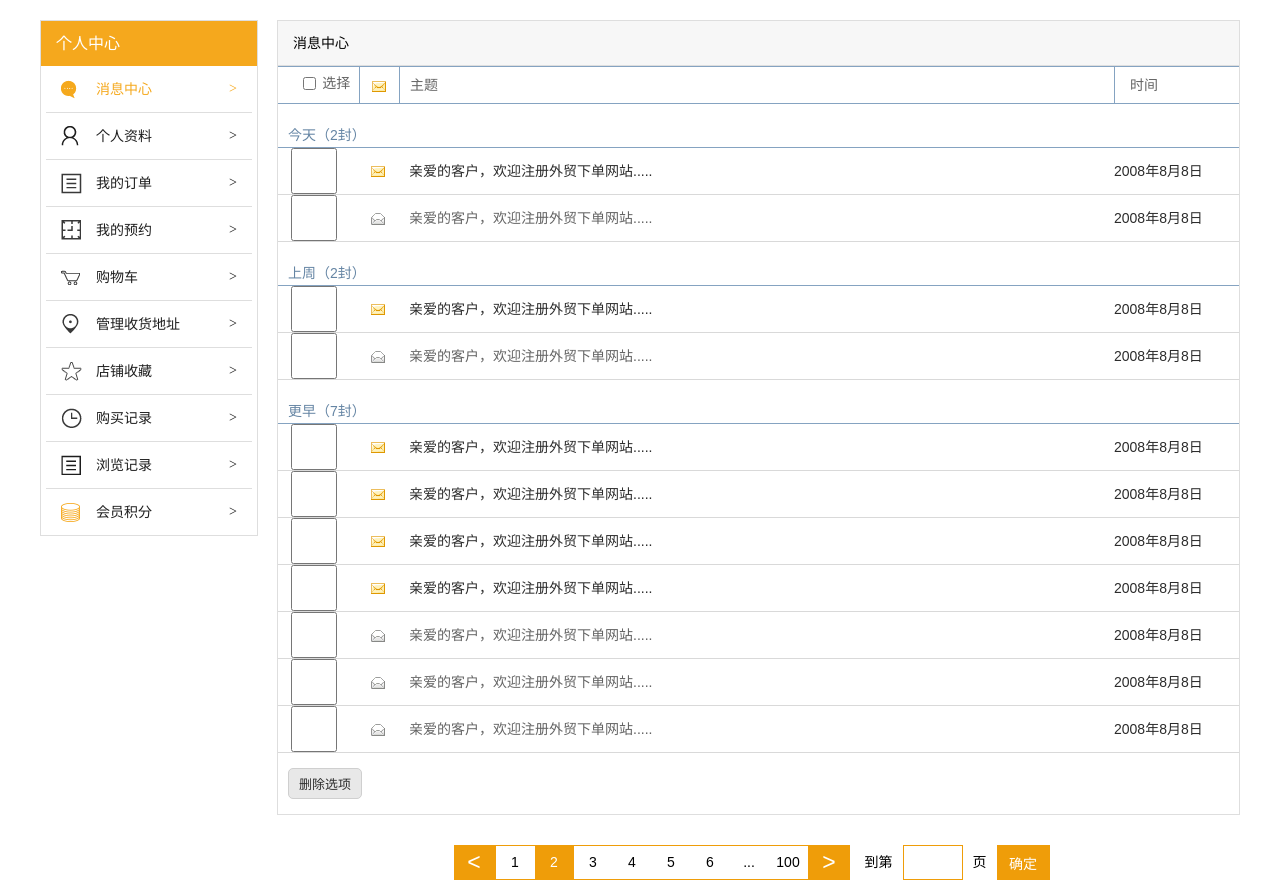
Repository: hucongting/MobliePhoneMall
Page: HelloMall/src/main/webapp/home/my_message.html
These files come from the project's save history. The page is drawn as it stood at one moment and after the next save; the edit follows.
The browser window is 1280 px wide. The pictures show the whole page.

Above is the page before, as saved 2018-09-01 06:16:04.

After the next save:
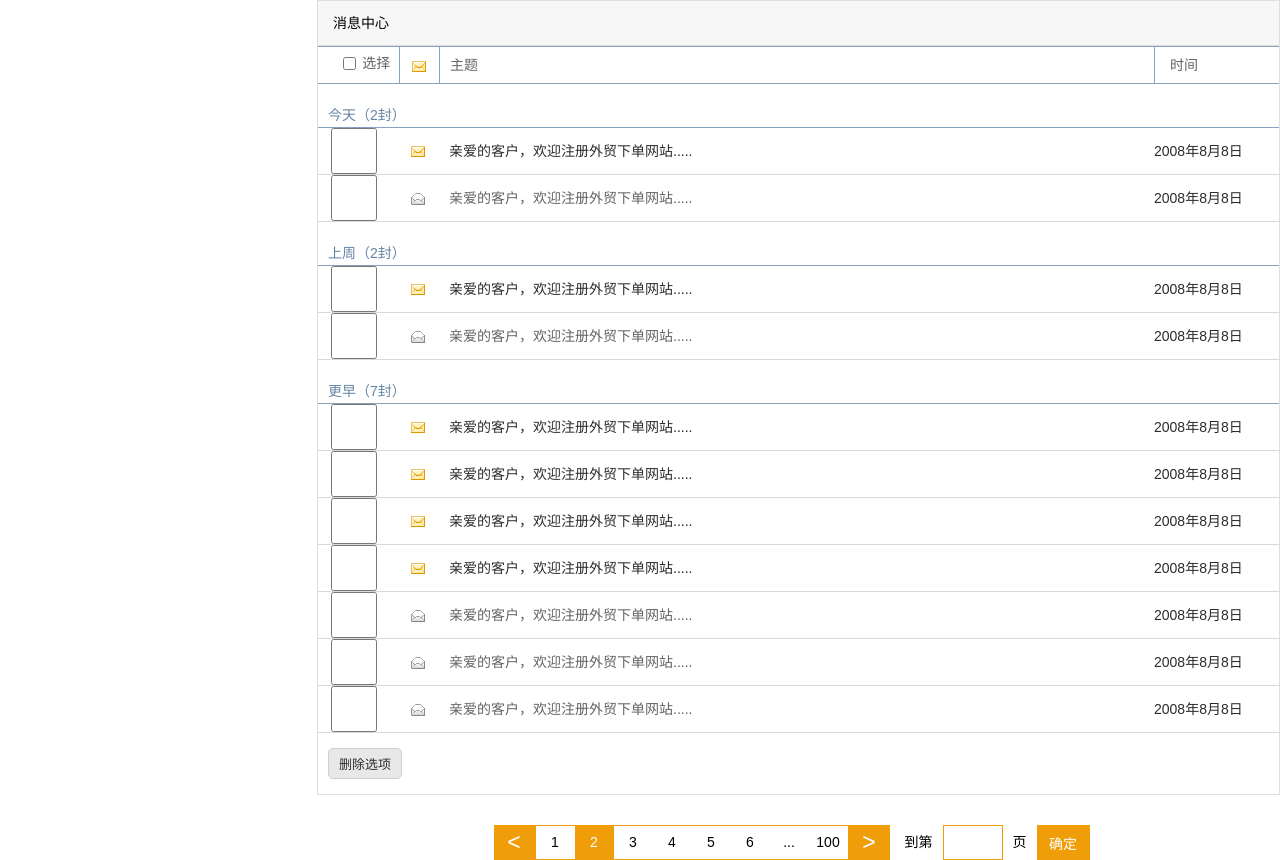
Saved 30 s later.
--- a/HelloMall/src/main/webapp/home/my_message.html
+++ b/HelloMall/src/main/webapp/home/my_message.html
@@ -12,26 +12,6 @@
 <body>
 
 
-
-    <!--内容开始-->
-    <div class="personal w1200">
-    	<div class="personal-left f-l">
-        	<div class="personal-l-tit">
-            	<h3>个人中心</h3>
-            </div>
-            <ul>
-            	<li class="current-li per-li1"><a href="my_message.html">消息中心<span>></span></a></li>
-            	<li class="per-li2"><a href="my_personal.html">个人资料<span>></span></a></li>
-            	<li class="per-li3"><a href="my_order.html">我的订单<span>></span></a></li>
-            	<li class="per-li4"><a href="my_make.html">我的预约<span>></span></a></li>
-            	<li class="per-li5"><a href="my_cart.html">购物车<span>></span></a></li>
-            	<li class="per-li6"><a href="my_address.html">管理收货地址<span>></span></a></li>
-            	<li class="per-li7"><a href="my_collection.html">店铺收藏<span>></span></a></li>
-            	<li class="per-li8"><a href="buyrecord.html">购买记录<span>></span></a></li>
-            	<li class="per-li9"><a href="lookrecored.html">浏览记录<span>></span></a></li>
-            	<li class="per-li10"><a href="vip_score.html">会员积分<span>></span></a></li>
-            </ul>
-        </div>
 
 
     	<div class="personal-r f-r">
